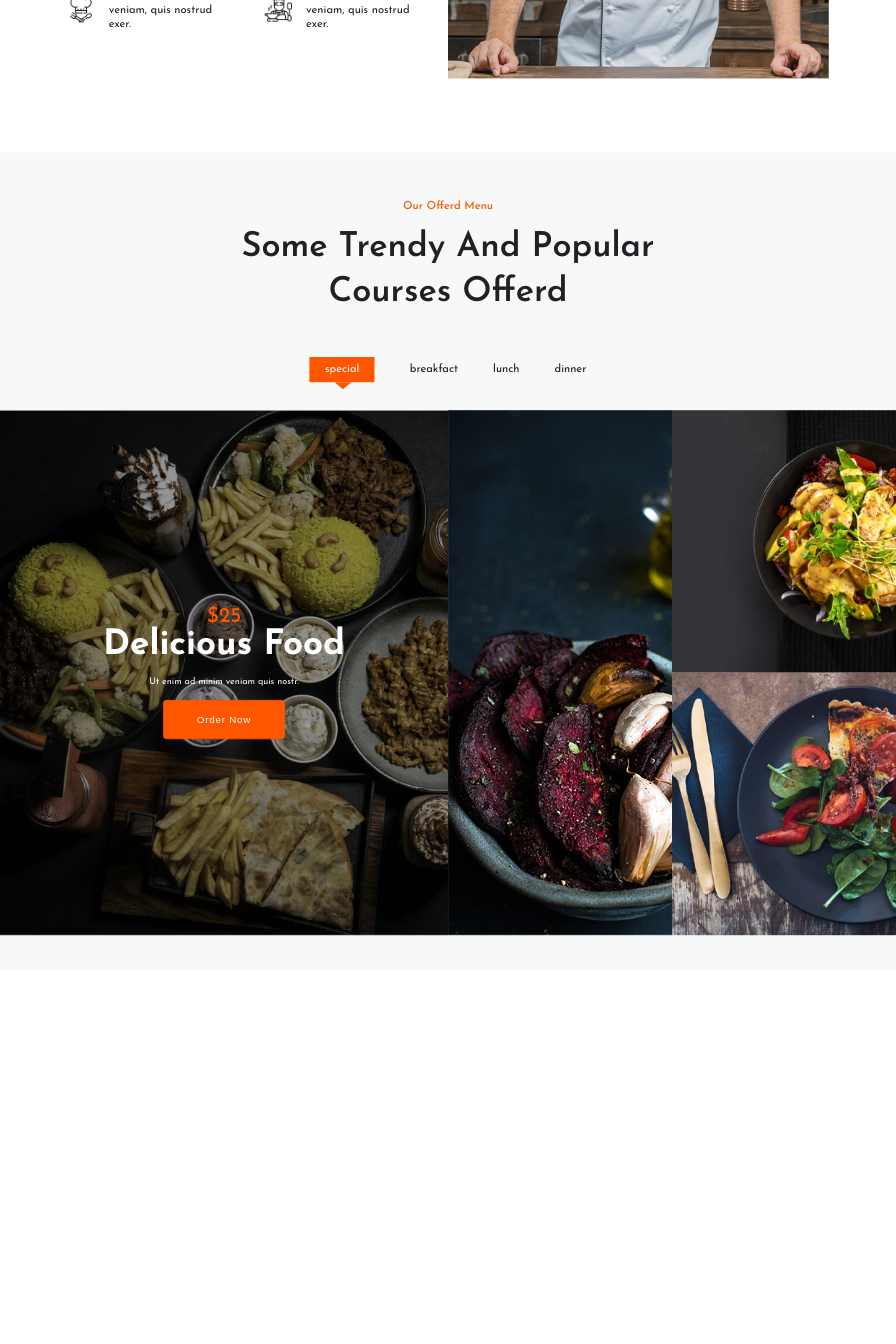
Repository: Ebtehal18/food
Page: index.html
These files come from the project's save history. The page is drawn as it stood at one moment and after the next save; the edit follows.
The browser window is 1280 px wide. The pictures show the part of the page from y = 1720 to 3640 px (the page is 10000 px tall), at 70% of full size.

Above is the page before, as saved 2024-01-18 14:54:23.

After the next save:
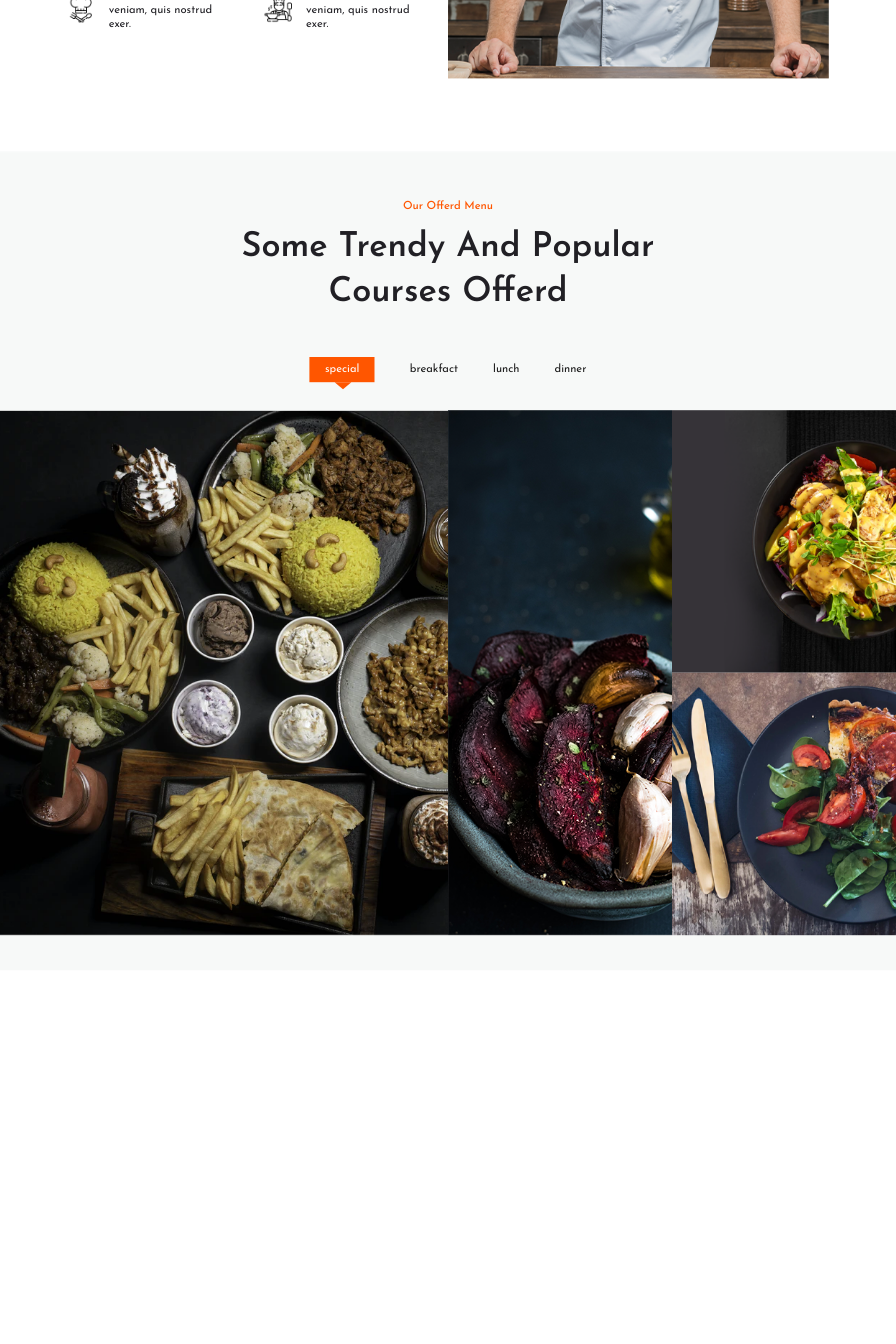
Saved 38 s later.
--- a/asessets/css/style.css
+++ b/asessets/css/style.css
@@ -533,6 +533,11 @@
   z-index: 1;
   text-align: center;
   background-color: rgba(0, 0, 0, 0.4);
+  display: none;
+}
+.menu .grid-menu .menu-img:hover .overlay{
+  display: block;
+
 }
 .menu .grid-menu .menu-img .overlay .span{
   font-size: 30px;

After the save that followed:
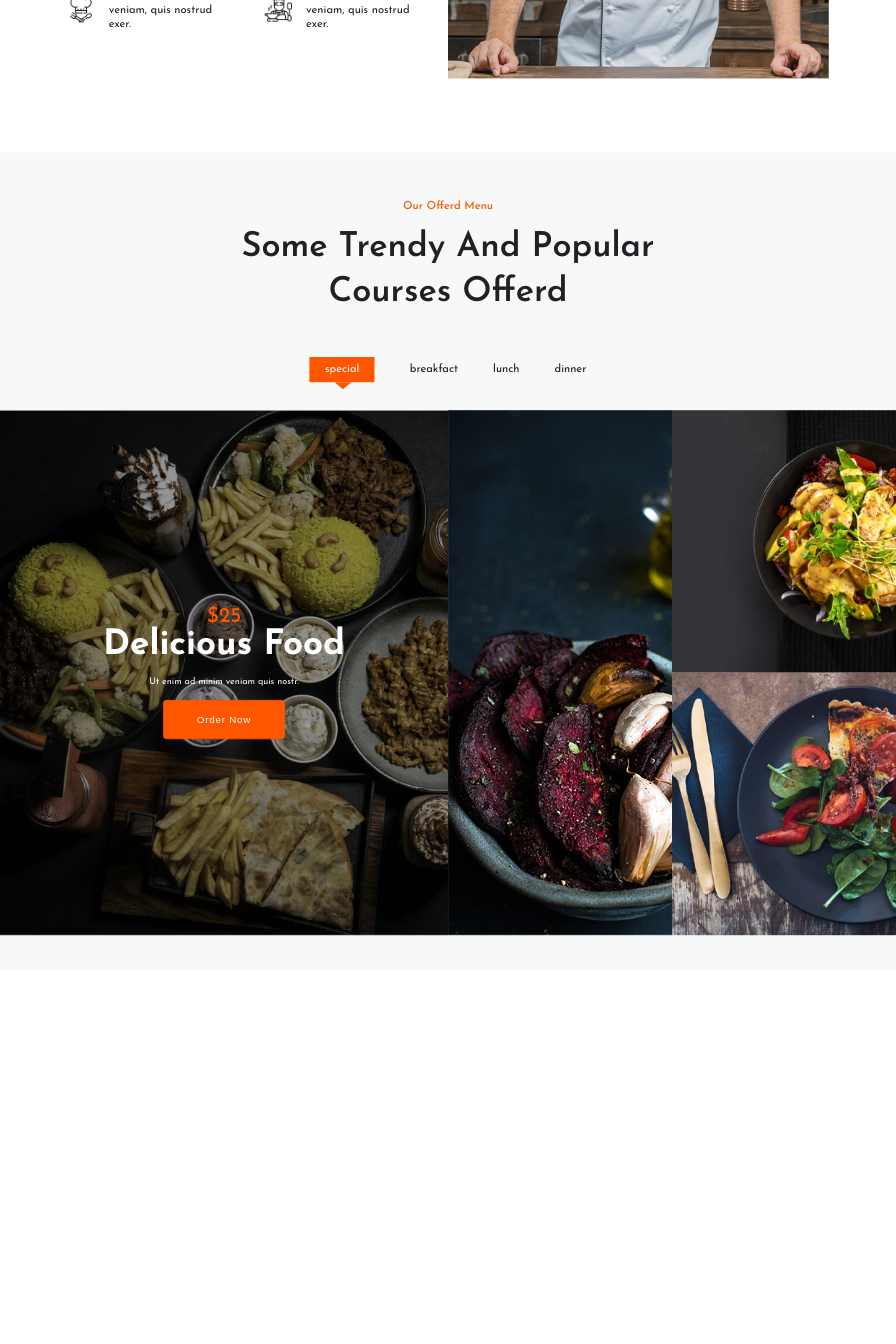
Saved 27 s later.
--- a/asessets/css/style.css
+++ b/asessets/css/style.css
@@ -533,7 +533,7 @@
   z-index: 1;
   text-align: center;
   background-color: rgba(0, 0, 0, 0.4);
-  display: none;
+  /* display: none; */
 }
 .menu .grid-menu .menu-img:hover .overlay{
   display: block;
